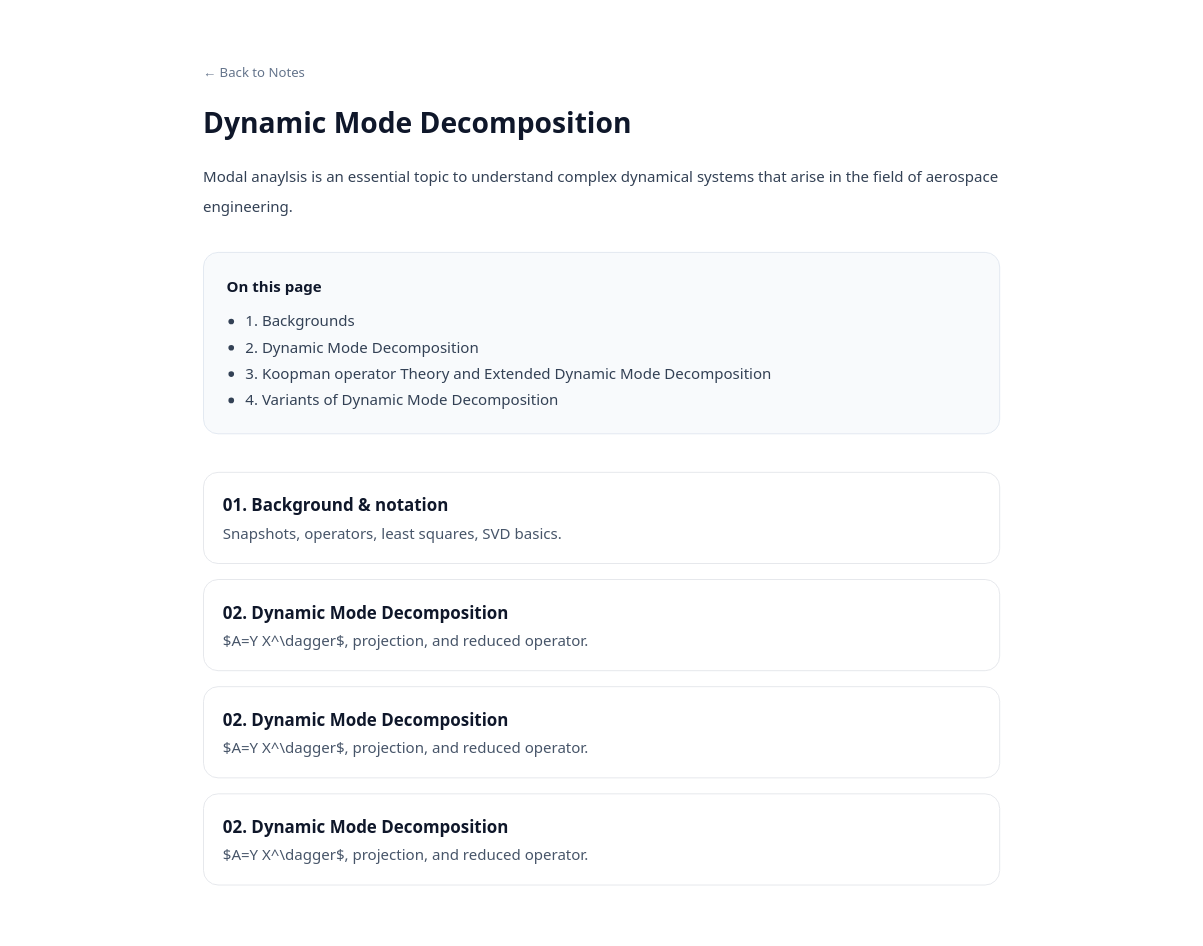
Repository: JWS625/JWS625.github.io
Page: notes/modal_analysis/index.html
The author's editor kept a copy of each file at every save. The page is drawn from the files as they stood at one save, then again after the next save.
The browser window is 1280 px wide. The pictures show the whole page, at 94% of full size.
Some web libraries are served in a nearby version.

Above is the page before, as saved 2026-02-20 19:20:22.

### notes/modal_analysis/index.html
<!doctype html>
<html>
<head>
    <meta charset="utf-8">
    <meta name="viewport" content="width=device-width,initial-scale=1">
    <title>Modal Analysis | Research Notes</title>
    <script src="https://cdn.tailwindcss.com"></script>
    <script src="./../../assets/mathjax-config.js"></script>
    <script defer src="https://cdn.jsdelivr.net/npm/mathjax@3/es5/tex-svg.js"></script>
</head>
<body class="bg-white text-slate-900">
<div class="max-w-4xl mx-auto px-6 py-16">

  <a href="../index.html" class="text-sm text-slate-500 hover:text-black">← Back to Notes</a>

  <h1 class="text-3xl font-semibold mt-6">Dynamic Mode Decomposition</h1>
  <p class="mt-6 leading-8 text-slate-700">
    Modal anaylsis is an essential topic to understand complex dynamical systems that arise in the field of aerospace
    engineering.
    </p>

    <!-- Quick outline -->
    <div class="mt-8 rounded-2xl border border-slate-200 p-6 bg-slate-50">
      <p class="font-semibold">On this page</p>
      <ul class="mt-3 list-disc pl-5 text-slate-700 space-y-1">
        <li>1. Backgrounds</li>
        <li>2. Dynamic Mode Decomposition</li>
        <li>3. Koopman operator Theory and Extended Dynamic Mode Decomposition</li>
        <li>4. Variants of Dynamic Mode Decomposition</li>
      </ul>
    </div>

  <div class="mt-10 space-y-4">
    <a href="01_background.html" class="block p-5 border rounded-2xl hover:bg-slate-50">
      <h2 class="text-lg font-semibold">01. Background & notation</h2>
      <p class="mt-1 text-slate-600">Snapshots, operators, least squares, SVD basics.</p>
    </a>

    <a href="02_dynamics_mode_decomposition.html" class="block p-5 border rounded-2xl hover:bg-slate-50">
      <h2 class="text-lg font-semibold">02. Dynamic Mode Decomposition</h2>
      <p class="mt-1 text-slate-600">$A=Y X^\dagger$, projection, and reduced operator.</p>
    </a>

    <a href="03_dynamics_mode_decomposition.html" class="block p-5 border rounded-2xl hover:bg-slate-50">
      <h2 class="text-lg font-semibold">02. Dynamic Mode Decomposition</h2>
      <p class="mt-1 text-slate-600">$A=Y X^\dagger$, projection, and reduced operator.</p>
    </a>

    <a href="04_variant_of_dynamic_mode_decomposition.html" class="block p-5 border rounded-2xl hover:bg-slate-50">
      <h2 class="text-lg font-semibold">02. Dynamic Mode Decomposition</h2>
      <p class="mt-1 text-slate-600">$A=Y X^\dagger$, projection, and reduced operator.</p>
    </a>
  </div>

</div>
</body>
</html>

### assets/mathjax-config.js
window.MathJax = {
tex: {
    macros: {
    argmin: ["\\operatorname*{arg\\,min}"],
    argmax: ["\\operatorname*{arg\\,max}"],
    vta: "\\boldsymbol{\\alpha}",
    vtb: "\\boldsymbol{\\beta}",
    vtf: "\\boldsymbol{\\phi}",
    vtrf: "\\boldsymbol{\\varphi}",
    vtg: "\\boldsymbol{\\gamma}",
    vtx: "\\boldsymbol{\\xi}",
    vty: "\\boldsymbol{\\psi}",
    vtF: "\\boldsymbol{\\Phi}",
    vtL: "\\boldsymbol{\\Lambda}",
    vtO: "\\boldsymbol{\\Omega}",
    vtS: "\\boldsymbol{\\Sigma}",
    vtX: "\\boldsymbol{\\Xi}",
    vtY: "\\boldsymbol{\\Psi}",
    vc: "\\mathbf{c}",
    vg: "\\mathbf{g}",
    vv: "\\mathbf{v}",
    vw: "\\mathbf{w}",
    vx: "\\mathbf{x}",
    vy: "\\mathbf{y}",
    vB: "\\mathbf{B}",
    vC: "\\mathbf{C}",
    vF: "\\mathbf{F}",
    vG: "\\mathbf{G}",
    vI: "\\mathbf{I}",
    vQ: "\\mathbf{Q}",
    vX: "\\mathbf{X}",
    vY: "\\mathbf{Y}",
    vM: "\\mathbf{M}",
    vU: "\\mathbf{U}",
    vV: "\\mathbf{V}",
    vZ: "\\mathbf{Z}",
    R: "\\mathbb{R}",
    C: "\\mathbb{C}"
    }
}
};

After the next save:
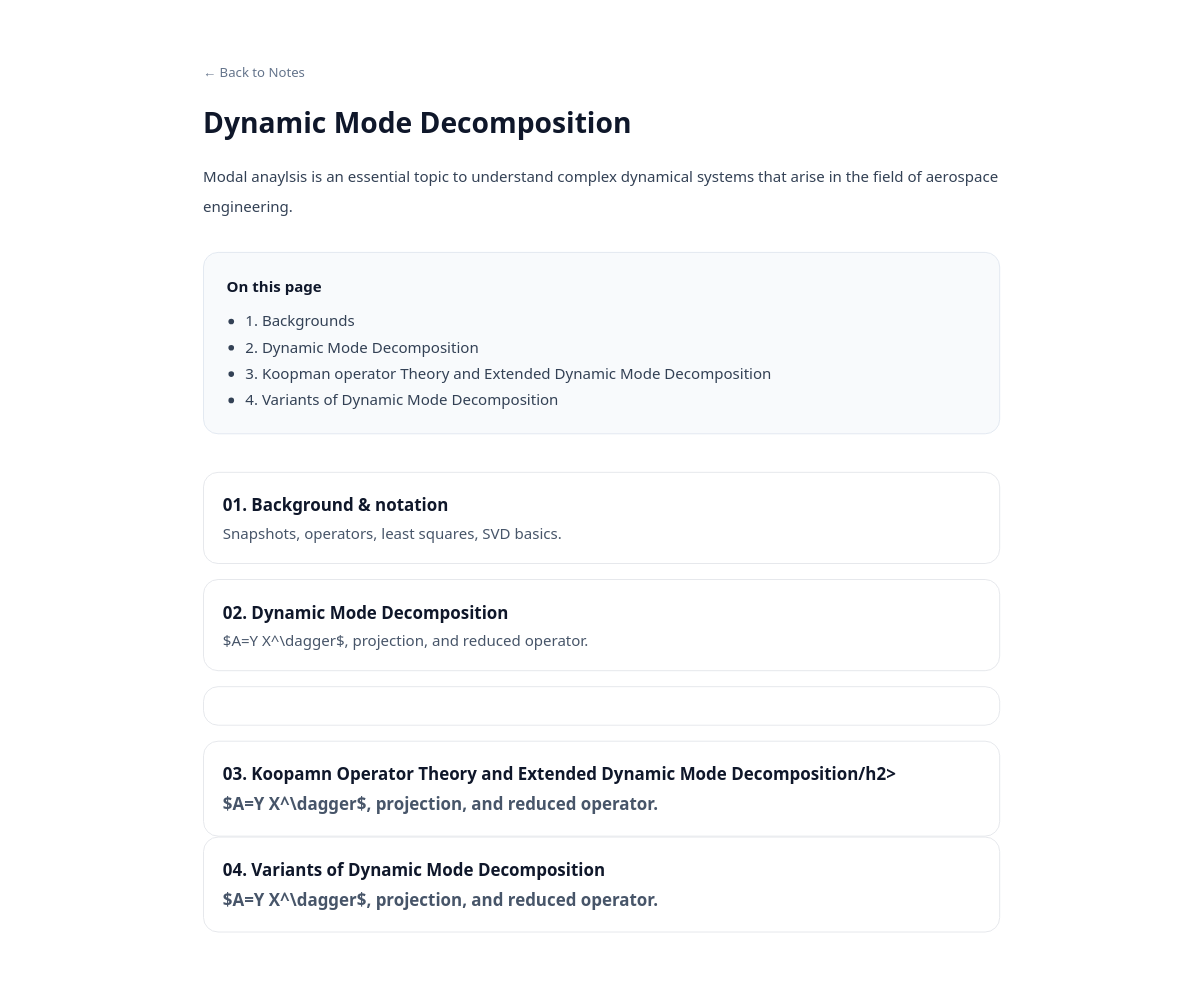
Saved 49 s later.
--- a/notes/modal_analysis/index.html
+++ b/notes/modal_analysis/index.html
@@ -41,13 +41,13 @@
       <p class="mt-1 text-slate-600">$A=Y X^\dagger$, projection, and reduced operator.</p>
     </a>
 
-    <a href="03_dynamics_mode_decomposition.html" class="block p-5 border rounded-2xl hover:bg-slate-50">
-      <h2 class="text-lg font-semibold">02. Dynamic Mode Decomposition</h2>
+    <a href="03_koopman_operator_theory_and_extended_dynamics_mode_decomposition.html" class="block p-5 border rounded-2xl hover:bg-slate-50">
+      <h2 class="text-lg font-semibold">03. Koopamn Operator Theory and Extended Dynamic Mode Decomposition/h2>
       <p class="mt-1 text-slate-600">$A=Y X^\dagger$, projection, and reduced operator.</p>
     </a>
 
     <a href="04_variant_of_dynamic_mode_decomposition.html" class="block p-5 border rounded-2xl hover:bg-slate-50">
-      <h2 class="text-lg font-semibold">02. Dynamic Mode Decomposition</h2>
+      <h2 class="text-lg font-semibold">04. Variants of Dynamic Mode Decomposition</h2>
       <p class="mt-1 text-slate-600">$A=Y X^\dagger$, projection, and reduced operator.</p>
     </a>
   </div>
